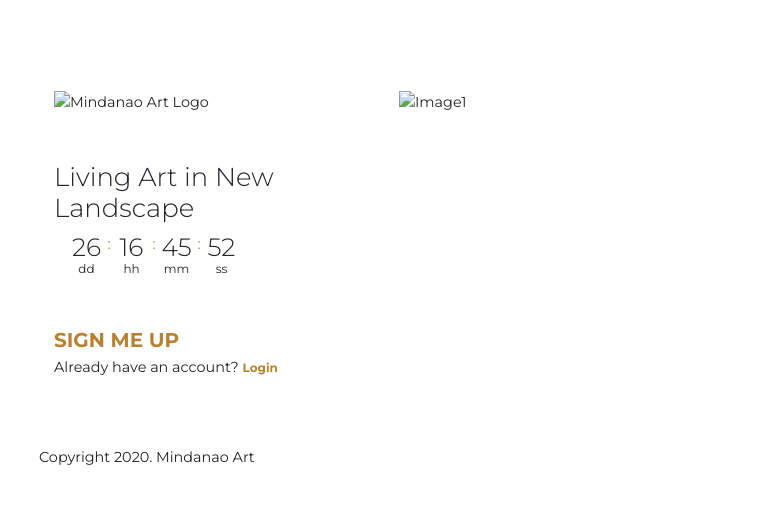
Repository: KleKlai/project-exodus
Page: http://localhost/
An editor plug-in stored every save of this project. The page is shown before and after the next save, followed by the edit.
The browser window is 768 px wide. The pictures show the whole page.
The page is served by the project's Laravel application, run on PHP 8.4 with Laravel 8.

Above is the page before, as saved 2020-10-02 19:14:24.

After the next save:
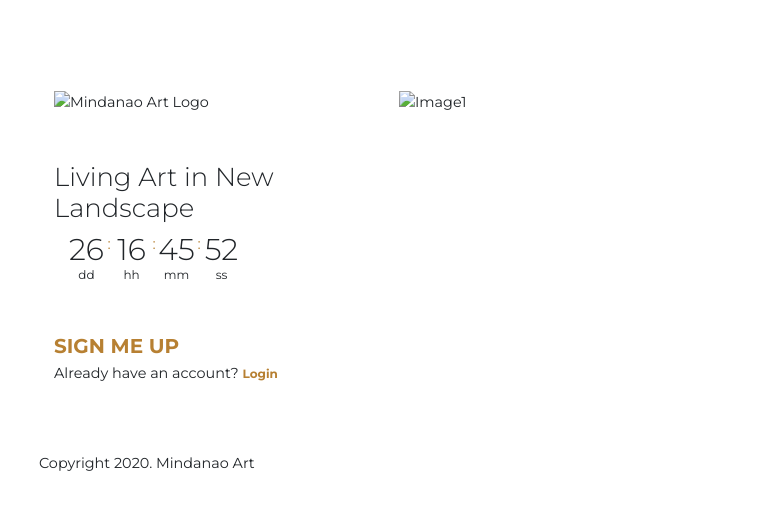
Saved 28 s later.
--- a/resources/views/welcome.blade.php
+++ b/resources/views/welcome.blade.php
@@ -102,10 +102,10 @@
                         "dayl . hourl . minutel . secondl";
                 }
 
-                .day { grid-area: day; font-size: 25px; margin: 0;}
-                .hour { grid-area: hour; font-size: 25px; margin: 0;}
-                .minute { grid-area: minute; font-size: 25px; margin: 0;}
-                .second { grid-area: second; font-size: 25px; margin: 0;}
+                .day { grid-area: day; font-size: 30px; margin: 0;}
+                .hour { grid-area: hour; font-size: 30px; margin: 0;}
+                .minute { grid-area: minute; font-size: 30px; margin: 0;}
+                .second { grid-area: second; font-size: 30px; margin: 0;}
                 .dayl { grid-area: dayl; font-size: 12px; margin: 0;}
                 .hourl { grid-area: hourl; font-size: 12px; margin: 0;}
                 .minutel { grid-area: minutel; font-size: 12px; margin: 0;}
